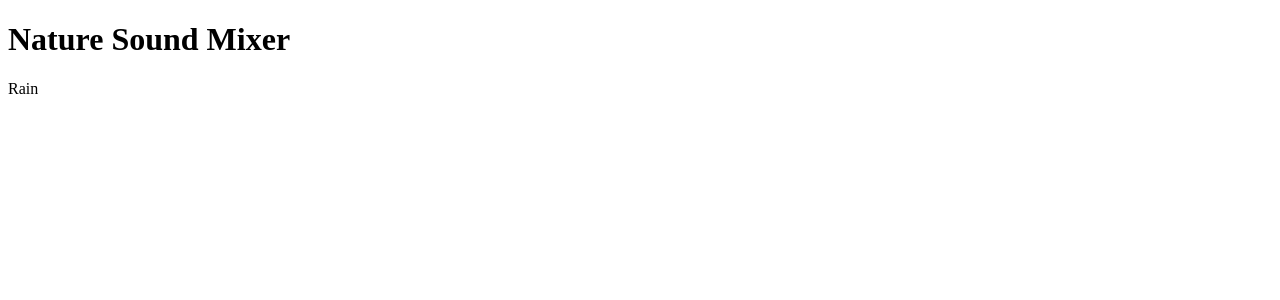
Repository: Suonii/nature-sound-mixer
Page: index.html
These files come from the project's save history. The page is drawn as it stood at one moment and after a run of saves; the edit follows.
The browser window is 1280 px wide. The pictures show the whole page.

Above is the page before, as saved 2024-07-24 09:28:07.

### index.html
<!DOCTYPE html>
<!-- Declares the document type and version of HTML-->
<html lang="en">
<!-- Sets the language attribute to english-->
<head>
    <!--sets the character encoding for the document UTF-8-->
    <meta charset="UTF=8">
    <!--ensures the page is responsive to different screen sizes and sets the viewport(the visible area of a webpage)-->
    <meta name="viewport" content="width=device-width, initial-scale=1.0">
    <!--the title of the webpage, displayed in the browser tab-->
    <title>Nature Sound Mixer</title>
    <!--links to the external css file for styling the webpage-->
    <link rel="stylesheet" href="styles.css">

</head>
<body>
    <!--The main container for te content of the web page-->
    <div class="container">
        <!--header title for the nature sound mixer-->
        <h1>Nature Sound Mixer</h1>

        <!--sound control section for rain sound-->
        <div class="sound control" id="rain">
            <!--label for the rain volume slider-->
            <label for="rain-slider">Rain</label>
            <!--Range input slider for controlling rain sound volume-->

    </div>
</body>

Loaded but not shown: styles.css (no copy from this time; the picture is the same without it)

After the next 3 saves:
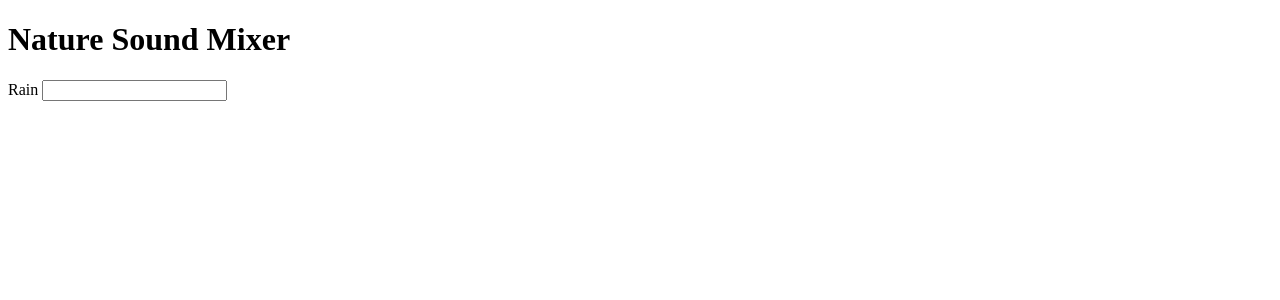
The 3 saves are shown as one change because they came seconds apart.
The last was saved 19 s later.
--- a/index.html
+++ b/index.html
@@ -24,6 +24,6 @@
             <!--label for the rain volume slider-->
             <label for="rain-slider">Rain</label>
             <!--Range input slider for controlling rain sound volume-->
-
+            <input type
     </div>
 </body>
